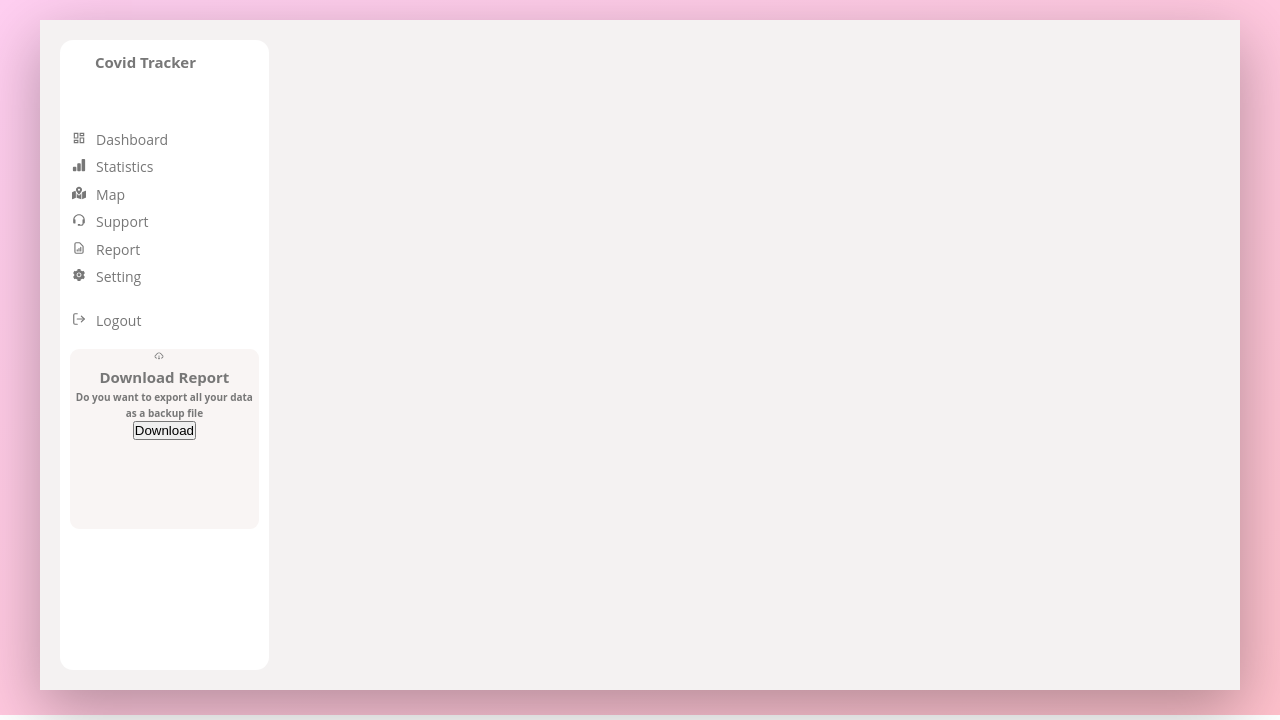
Repository: okidijimmy200/CovidAdminTracker
Page: /
An editor plug-in stored every save of this project. The page is shown before and after a run of saves, followed by the edit.
The browser window is 1280 px wide. The pictures show the whole page.
The project was rebuilt for these pictures with package versions that can differ from the ones it lists, and the page was loaded fresh each time.

Above is the page before, as saved 2022-06-16 12:42:41.

### public/index.html
<!DOCTYPE html>
<html lang="en">
  <head>
    <meta charset="utf-8" />
    <link rel="icon" href="%PUBLIC_URL%/favicon.ico" />
    <meta name="viewport" content="width=device-width, initial-scale=1" />
    <meta name="theme-color" content="#000000" />
    <meta
      name="description"
      content="Web site created using create-react-app"
    />
    <link rel="apple-touch-icon" href="%PUBLIC_URL%/logo192.png" />
    <!--
      manifest.json provides metadata used when your web app is installed on a
      user's mobile device or desktop. See https://developers.google.com/web/fundamentals/web-app-manifest/
    -->
    <link rel="manifest" href="%PUBLIC_URL%/manifest.json" />
    <!--
      Notice the use of %PUBLIC_URL% in the tags above.
      It will be replaced with the URL of the `public` folder during the build.
      Only files inside the `public` folder can be referenced from the HTML.

      Unlike "/favicon.ico" or "favicon.ico", "%PUBLIC_URL%/favicon.ico" will
      work correctly both with client-side routing and a non-root public URL.
      Learn how to configure a non-root public URL by running `npm run build`.
    -->
    <title>Covid Admin Tracker</title>
  </head>
  <body>
    <noscript>You need to enable JavaScript to run this app.</noscript>
    <div id="root"></div>
    <!--
      This HTML file is a template.
      If you open it directly in the browser, you will see an empty page.

      You can add webfonts, meta tags, or analytics to this file.
      The build step will place the bundled scripts into the <body> tag.

      To begin the development, run `npm start` or `yarn start`.
      To create a production bundle, use `npm run build` or `yarn build`.
    -->
  </body>
</html>

### src/index.scss
:root {
  --color-primary:#eb2f64;
  --color-primary-light:#ffcff1;
  --color-primary-dark:#ffc1cc;
  --color-grey-light-1: #faf9f9;
  --color-grey-light-2: #f4f2f2;
  --color-grey-light-3: #f0eeee;
  --color-grey-light-4: #ccc;
  --color-grey-dark-1: #333;
  --color-grey-dark-2: #777;
  --color-grey-dark-3: #999;

  // creating variable for box
  --shadow-dark: 0 2rem 6rem rgba(0, 0, 0, 0.3);

  --shadow-light: 0 2rem 5rem rgba(0,0,0,.06);
}


* {
  margin: 0;
  padding: 0;
}
*,
*::before,
*::after {
  box-sizing: inherit;
}

html {
  box-sizing: border-box;
  font-size: 62.5%;

}

body {
  font-family: 'Open Sans', sans-serif;
  font-weight: 400;
  line-height: 1.6;
  color: var(--color-grey-dark-2);
  background-image: linear-gradient(to right bottom, var(--color-primary-light), var(--color-primary-dark));
  background-size: cover;
  background-repeat: no-repeat;
  min-height: 96.5vh;
}

### src/App.tsx
import React from 'react';
import Sidebar from './sidebar/sidebar';
import Content from './core/content';
import './App.scss';

function App() {
  return (
    <div data-testid='container' className="container">
      <div className="content">
      <Sidebar />
      <Content />
      </div>

    </div>
  );
}

export default App;

### src/sidebar/sidebar.tsx
import React from 'react'
import {MdOutlineDashboard  } from 'react-icons/md'
import { BsFillBarChartFill } from 'react-icons/bs'
import { FaMapMarkedAlt } from 'react-icons/fa'
import { BiSupport } from 'react-icons/bi'
import { HiOutlineDocumentReport } from 'react-icons/hi'
import { AiFillSetting } from 'react-icons/ai'
import { FiLogOut } from 'react-icons/fi'
import { AiOutlineCloudDownload } from 'react-icons/ai'

import './sidebar.scss'

export default function sidebar() {
  return (
    <>
    <nav className="sidebar">
        <h2 className='title'>Covid Tracker</h2>
        <div className='sidebar-flex'>
            <div>
            <ul className="side-nav">
            <li className="side-nav__item side-nav__item--active">
                <span className='side-nav__icon'><MdOutlineDashboard /></span>
                    <span>Dashboard</span>
            </li>
            <li className="side-nav__item">
                {/* <a href="#" class="side-nav__link"> */}
                    <span className="side-nav__icon">
                        <BsFillBarChartFill />
                        {/* <use xlink:href="img/spritspam#icon-aircraft-take-off"></use> */}
                    </span>
                    <span>Statistics</span>
                {/* </a> */}
            </li>
            <li className="side-nav__item">
                {/* <a href="#" class="side-nav__link"> */}
                    <span className="side-nav__icon">
                        <FaMapMarkedAlt />
                        {/* <use xlink:href="img/sprite.svg#icon-key"></use> */}
                    </span>
                    <span>Map</span>
                {/* </a> */}
            </li>
            <li className="side-nav__item">
                {/* <a href="#" className="side-nav__link"> */}
                    <span className="side-nav__icon">
                        {/* <use xlink:href="img/sprite.svg#icon-map"></use> */}
                        <BiSupport />
                    </span>
                    <span>Support</span>
                {/* </a> */}
            </li>
            <li className="side-nav__item">
                {/* <a href="#" className="side-nav__link"> */}
                    <span className="side-nav__icon">
                        {/* <use xlink:href="img/sprite.svg#icon-map"></use> */}
                        <HiOutlineDocumentReport />
                    </span>
                    <span>Report</span>
                {/* </a> */}
            </li>
            <li className="side-nav__item">
                {/* <a href="#" className="side-nav__link"> */}
                    <span className="side-nav__icon">
                        {/* <use xlink:href="img/sprite.svg#icon-map"></use> */}
                        <AiFillSetting />
                    </span>
                    <span>Setting</span>
                {/* </a> */}
            </li>
        </ul>
            </div>
            <div>
                <ul className="side-nav logout">
                <li className="side-nav__item">
                <span className="side-nav__icon">
                        <FiLogOut />
                    </span>
                <span>Logout</span>
            </li>
                </ul>

            </div>

        <div className="download">
            <div className='download__container'>
            <span className="side-nav__icon">
                <AiOutlineCloudDownload />
            </span>
            <h2>Download Report</h2>
                <h4>Do you want to export all your data as a backup file</h4>
            <button>Download</button>
            </div>

        </div>
        </div>
    </nav>
</>
  )
}

### src/core/content.tsx
import React from 'react'

import './content.scss'

export default function Content() {
  return (
    <main className="hotel-view">
    </main>
  )
}

### src/App.scss
.container {
  max-width: 120rem;
  // centering in the view port
  margin: 2rem auto;
  background-color: var(--color-grey-light-2);
  // box-shadow:;
  box-shadow: var(--shadow-dark);

  // min height for testing
  // min-height: 60rem;

}

.content {
  display: flex;
  min-height: 93vh;
  padding: 2rem;
}

### src/sidebar/sidebar.scss

.sidebar {
    // styling the sidebar
    background-color: #fff;
    // flex property to define width, grow 0, shrink 0
    flex: 0 0 18%;
    // to create alot of space in the container for legal text
    border-radius: 1.3rem;
}

.side-nav {
    // adding font size
    font-size: 1.4rem;
    list-style: none;
    margin-top: 3.5rem;


   &__item {
       // parent element set to relative to element the hover effect
       position: relative;
       cursor: pointer;
       margin-left: 1.2rem;

       // to create space btn the items
       &:not(:last-child) {
           margin-bottom: .5rem;
       }
   }

   // this shd be visible only when we hover the item
   &__item:hover::before,
   // to make one of the li items initially highlighted
   &__item--active::before {
       width: 100%;
   }

   // to show the item as selected
   &__item:active::before {
       background-color: #fff;
   }


   &__link:link,
   &__link:visited {
    //    color: var(--color-grey-light-1);
       text-decoration: none;
       text-transform: uppercase;
       display: inline-block;
       padding: 1.5rem 3rem;
       // z-index only works with positioning
       position: relative;
       z-index: 10;
       // to align items in straight line
       display: flex;
       align-items: center;
   }

   &__icon {
       // reduce size of icons
       width: 1.75rem;
       height: 1.75rem;
       margin-right: 1rem;
       // current color is the color of the current element
       fill:currentColor;
   }
}
.logout {
    margin-top: 2.2rem;
    margin-bottom: 1.6rem;
}
.sidebar-flex {
    display: flex;
    flex-direction: column;
    height: 45rem;
}
.title {
    padding: 1rem 2rem 2rem 3.5rem;
}

.download {
    border-radius: .9rem;
    background-color: #F9F5F4;
    height: 18rem;
    margin: 0 1rem;

    &__container {
        text-align: center;
    }
}

### src/core/content.scss
.hotel-view {
    // background-color: #fff;
    // to make the hotel-view cover up the remaining space
    flex: 1;
    margin-left: 2rem;
}

Loaded but not shown: src/index.tsx (common file); src/reportWebVitals.ts (common file)

After the next 3 saves:
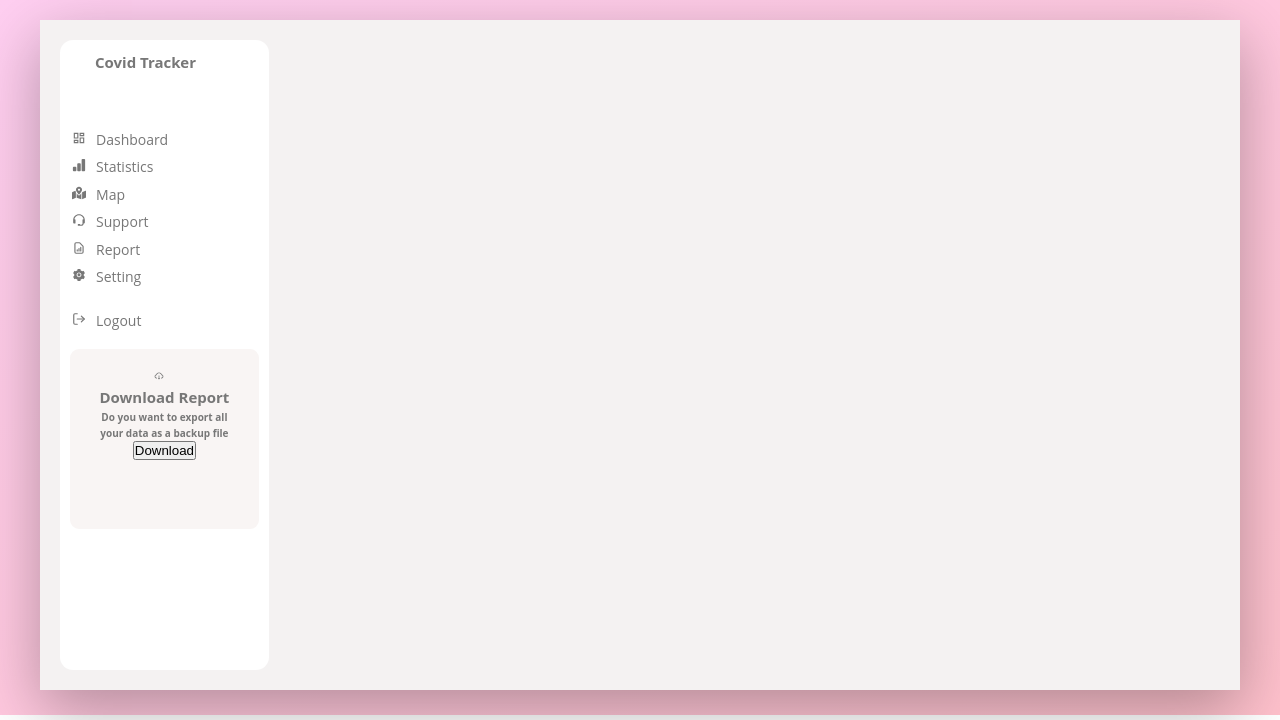
The 3 saves are shown as one change because they came seconds apart.
The last was saved 10 min 9 s later.
--- a/src/sidebar/sidebar.scss
+++ b/src/sidebar/sidebar.scss
@@ -85,5 +85,6 @@
 
     &__container {
         text-align: center;
+        margin: 2rem;
     }
 }
